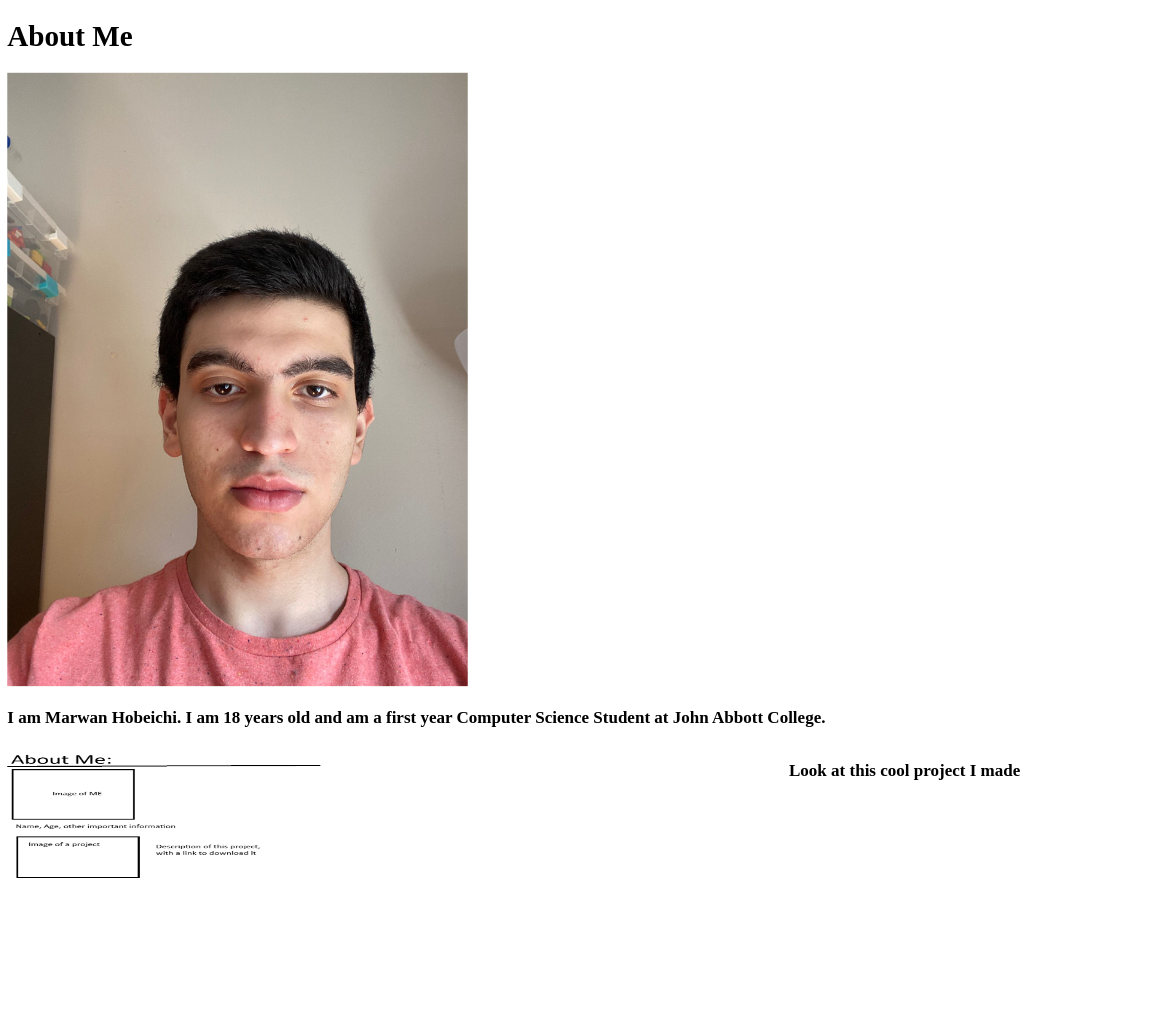
Repository: captainm64/captainm64
Page: index.html
An editor plug-in stored every save of this project. The page is shown before and after the next save, followed by the edit.
The browser window is 1280 px wide. The pictures show the whole page, at 91% of full size.

Above is the page before, as saved 2026-04-22 10:56:55.

### index.html
<!DOCTYPE html>
<html>
    <head>
        <link rel = "stylesheet" href = "../../styles/index.css" />
         <link rel = "stylesheet" href = "./styles/global.css" />
         <title>HomePage</title>
    </head>
<body>
<Header id = "Title">
<h1> About Me </h1>

<div class = "Me">
 <img src="../../assets/images/Marwan.jpg" alt = "Marwan Hobeichi looking at the camera"/>
</div>

<h3> I am Marwan Hobeichi. I am 18 years old and am a first year Computer Science Student at John Abbott College.</h3>

<div class = "projtxt">
 <div>
 <img src="../../assets/images/HomePage.png" alt = "Demonstration of an old project"/>
 </div>

 <h3> Look at this cool project I made</h3>
</div>

### styles/global.css
img{

   height: 55%;
   width: 40%;
}

.projtxt{

   display: flex;
   flex-direction: row;

}

Loaded but not shown: styles/index.css (no stored copy; drawn as an empty file)

After the next save:
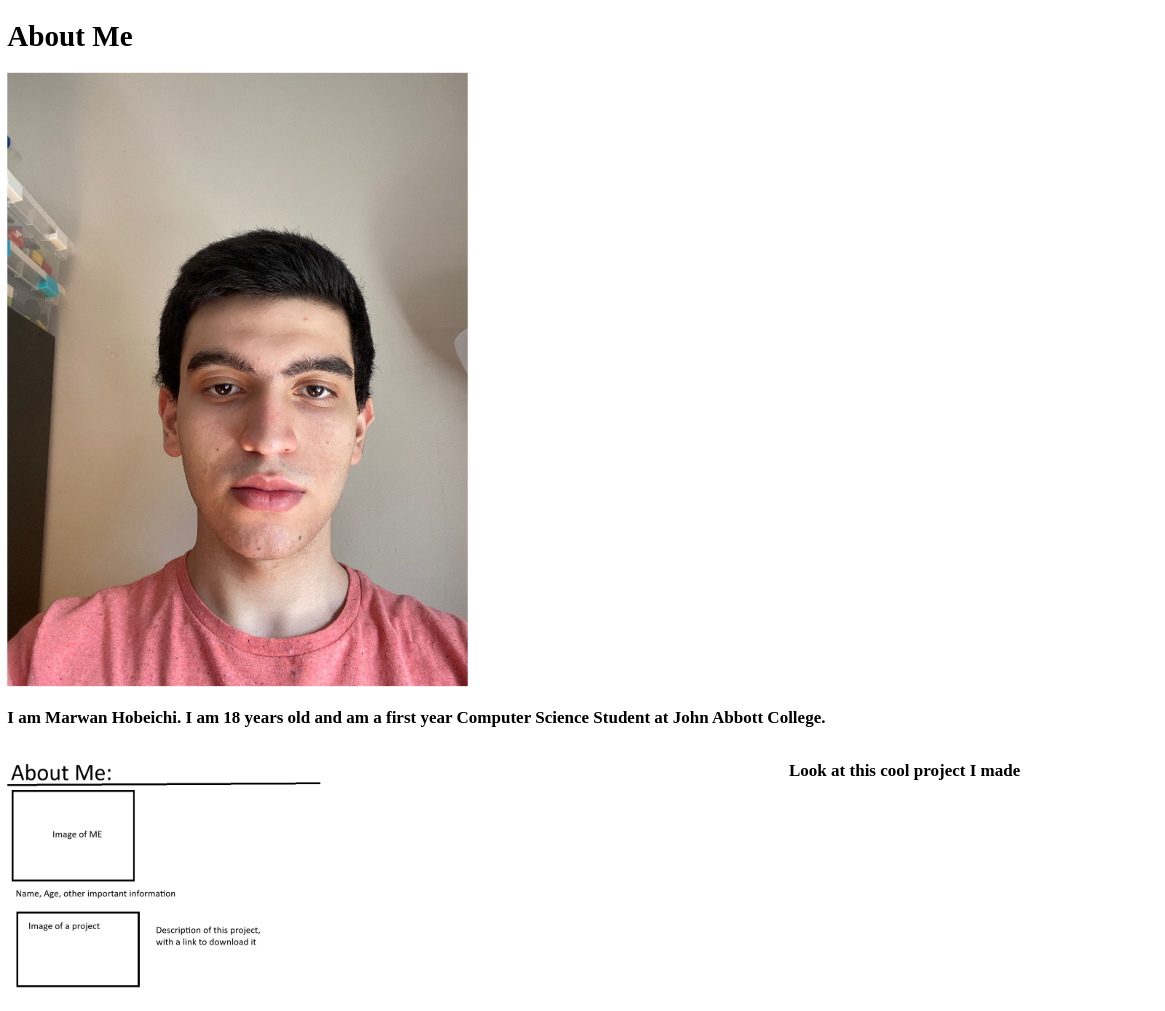
Saved 2 min 38 s later.
--- a/styles/global.css
+++ b/styles/global.css
@@ -7,6 +7,13 @@ img{
 .projtxt{
 
    display: flex;
+
    flex-direction: row;
 
 }
+
+.projtxt img {
+
+   height: 100%
+
+}
